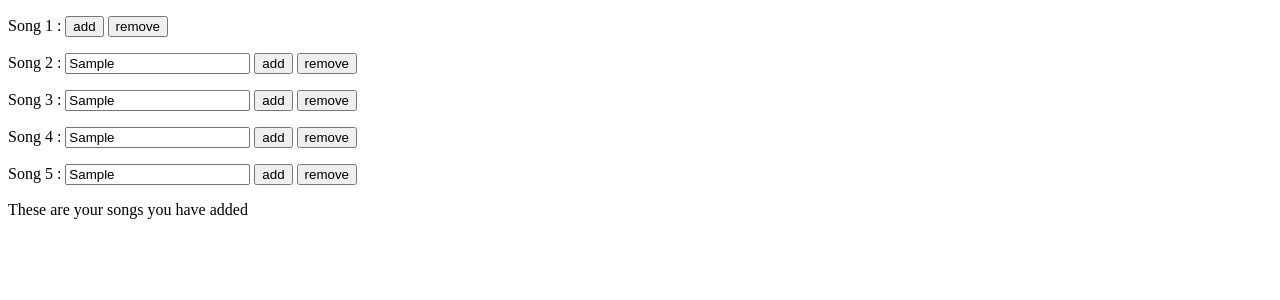
Repository: Kushal18/referesher_assignment1
Page: Html5/WebContent/localStorage.html
An editor plug-in stored every save of this project. The page is shown before and after the next save, followed by the edit.
The browser window is 1280 px wide. The pictures show the whole page.
Empty fields were first filled with sample values (such as "Sample", 5 or name@example.com).
After loading, the first visible `input` was clicked once.

Above is the page before, as saved 2016-09-17 10:41:55.

After the next save:
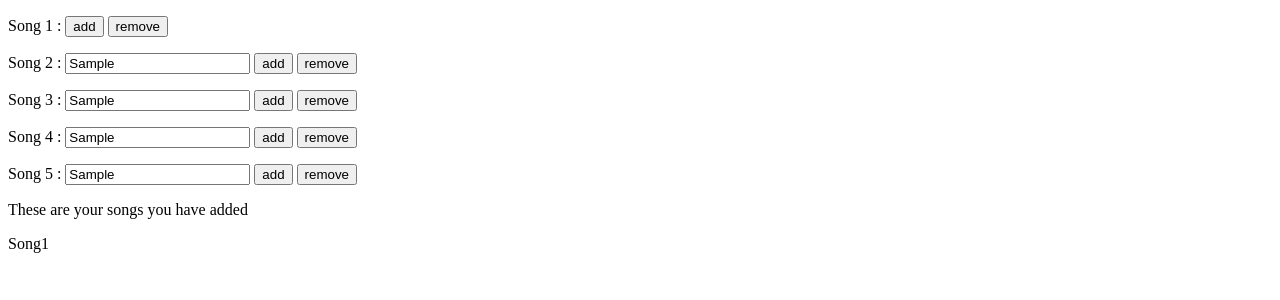
Saved 2 min 21 s later.
--- a/Html5/WebContent/localStorage.html
+++ b/Html5/WebContent/localStorage.html
@@ -18,7 +18,7 @@
 <p id = 'demo'></p>
 <Script>
 function song1(){
-
+	document.getElementById("demo").innerHTML  = "Song1";
 
 }
 

After the 2 saves that followed:
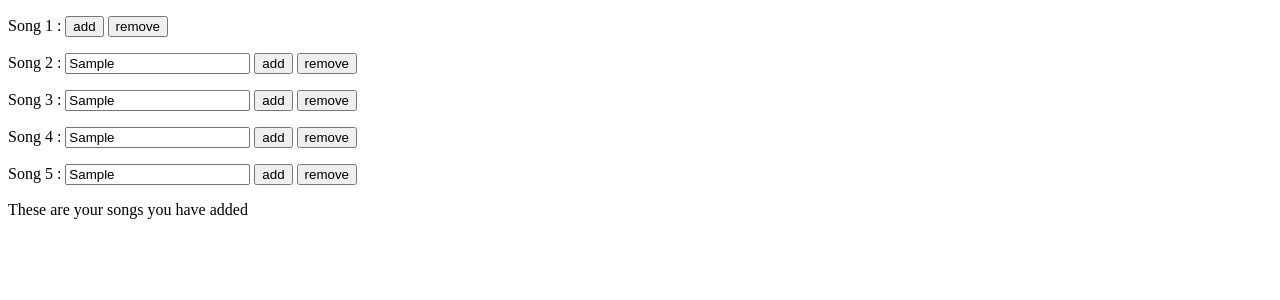
Console error: ReferenceError: add is not defined
The 2 saves are shown as one change because 1 left the picture as it was.
The last was saved 98 s later.
--- a/Html5/WebContent/localStorage.html
+++ b/Html5/WebContent/localStorage.html
@@ -5,7 +5,7 @@
 </title>
 <body>
 <p>Song 1 :  <input type = "button" value="add" onclick="song1()" >
-<input type = "button" value="remove" ></p>
+<input type = "button" value="remove" onclick="song1()" ></p>
 <p>Song 2 : <input type="text" id="song1"> <input type = "button" value="add" >
 <input type = "button" value="remove" ></p>
 <p>Song 3 : <input type="text" id="song1"> <input type = "button" value="add" >
@@ -18,7 +18,13 @@
 <p id = 'demo'></p>
 <Script>
 function song1(){
-	document.getElementById("demo").innerHTML  = "Song1";
+	if(document.getElementById == add){
+		document.getElementById("demo").innerHTML  = "Song1";
+	}
+	else {
+		document.getElementById("demo").innerHTML  = "";
+
+	}
 
 }
 
